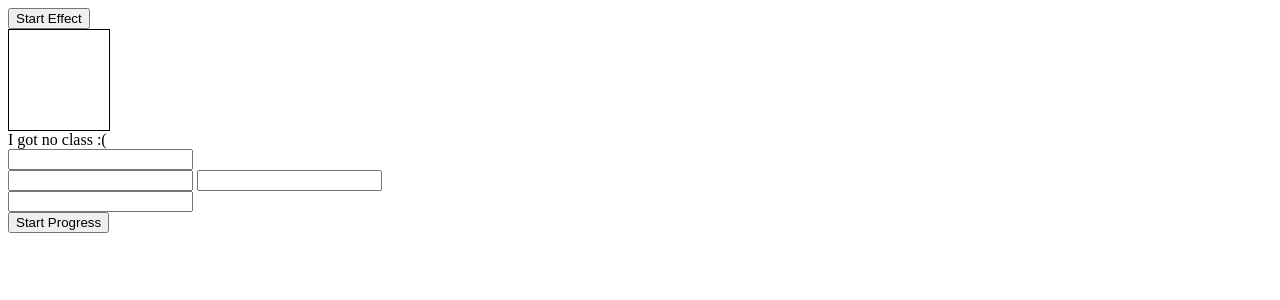
Repository: wojkos/Learn
Page: Vue/index7.html
These files come from the project's save history. The page is drawn as it stood at one moment and after the next save; the edit follows.
The browser window is 1280 px wide. The pictures show the whole page.

Above is the page before, as saved 2018-04-10 23:21:25.
Console error: SyntaxError: Unexpected token ')'

After the next save:
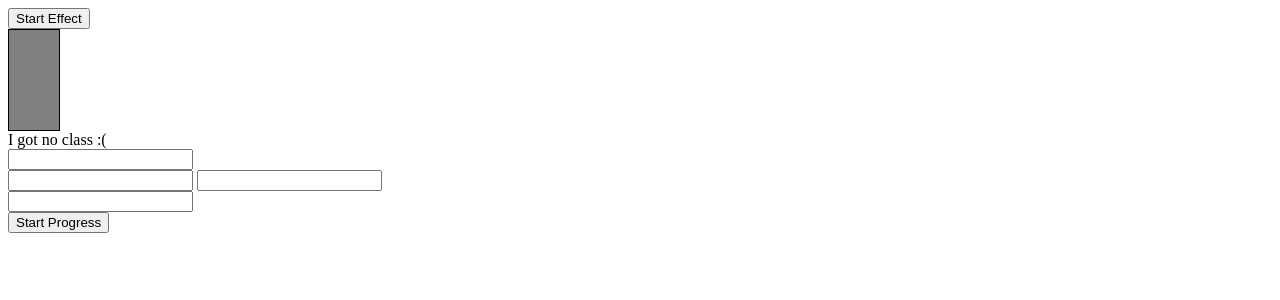
The error is gone.
Saved 48 s later.
--- a/Vue/index7.html
+++ b/Vue/index7.html
@@ -60,23 +60,24 @@
 
     <script>
         new Vue({
-                    el: '#exercise',
-                    data: {
-                        effectClasses: {
-                            highlight: false,
-                            shrink: true
-                        },
-                        methods: {
-                            startEffect: function() {
-                                var vm = this;
-                                setInterval(function() {
-                                    vm.effectClasses.highlight = !vm.effectClasses.highlight;
-                                    vm.effectClasses.shrink = !vm.effectClasses.shrink;
-                                }, 1000);
-                            }
-                        }
+            el: '#exercise',
+            data: {
+                effectClasses: {
+                    highlight: false,
+                    shrink: true
+                }
+            },
+            methods: {
+                startEffect: function() {
+                    var vm = this;
+                    setInterval(function() {
+                        vm.effectClasses.highlight = !vm.effectClasses.highlight;
+                        vm.effectClasses.shrink = !vm.effectClasses.shrink;
+                    }, 1000);
+                }
+            }
 
-                    });
+        });
     </script>
 </body>
 
